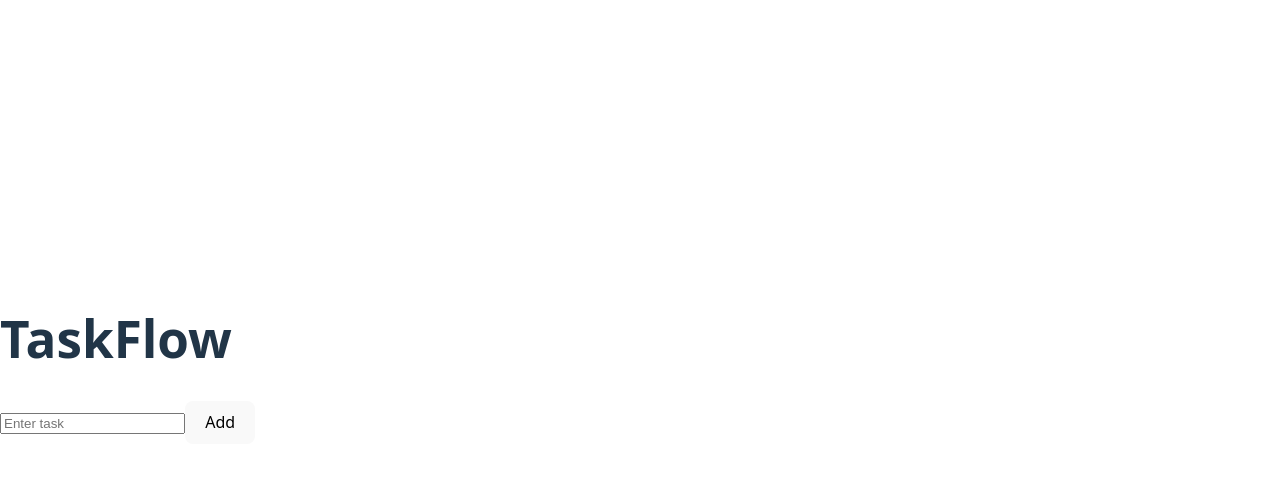
Repository: lissaintech/TaskFlow
Page: /
The author's editor kept a copy of each file at every save. The page is drawn from the files as they stood at one save, then again after the next save.
The browser window is 1280 px wide. The pictures show the whole page.
The project was rebuilt for these pictures with package versions that can differ from the ones it lists, and the page was loaded fresh each time. Also part of the build but not shown: vite.config.js.

Above is the page before, as saved 2026-02-11 15:31:44.

### index.html
<!doctype html>
<html lang="en">
  <head>
    <meta charset="UTF-8" />
    <link rel="icon" type="image/svg+xml" href="/vite.svg" />
    <meta name="viewport" content="width=device-width, initial-scale=1.0" />
    <title>taskflow</title>
  </head>
  <body>
    <div id="root"></div>
    <script type="module" src="/src/main.jsx"></script>
  </body>
</html>

### src/App.jsx
import { useEffect, useState } from 'react'

function App() {

  const [input, setInput] = useState("");

  const [tasks, setTasks] = useState([]);

  const addTask = () => {
    if(input.trim()=="") return;

    const newTask = {
      title : input,
      status : "Todo"
    }

    setTasks([...tasks, newTask])
    setInput("");
  };

  const deleteTask = (taskToDelete) => {
    const updatedTasks = tasks.filter(task => task!= taskToDelete)
    setTasks(updatedTasks);
  }

  const moveTask = (taskToMove, newStatus) => {
    const updatedTasks = tasks.map(task => {
      (task == taskToMove)? {...task, status:newStatus}
      : task
    })
    setTasks(updatedTasks);
  }

  useEffect(()=> {
    const saved = localStorage.getItem("tasks");

    if(saved){
      setTasks(JSON.parse(saved));
    }
  }, []);

  useEffect(() => {
    localStorage.setItem("tasks", JSON.stringify(tasks));
  }, [tasks]);

  return (
    <div>
      <h1>TaskFlow</h1>

      <input
        value={input}
        onChange={(e) => setInput(e.target.value)}
        placeholder="Enter task"
      />

      <button onClick={addTask}>Add</button>

      <div style={{display: "flex", gap: "40px"}}>

        {
          []
        }

      </div>
    </div>
  );
}

export default App;

Loaded but not shown: src/main.jsx (common file); src/index.css (common file)

After the next save:
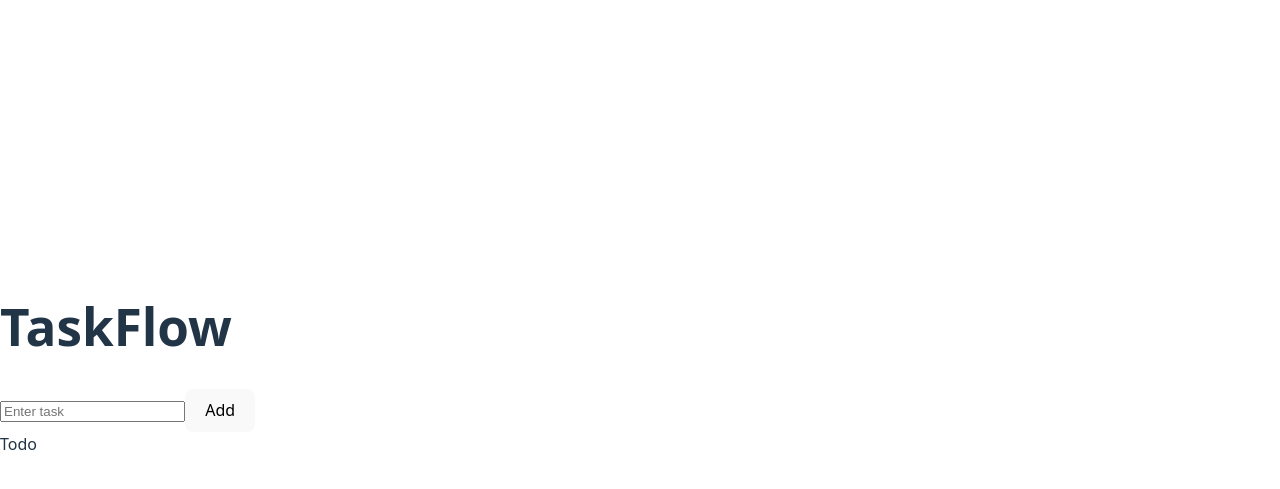
Saved 4 s later.
--- a/src/App.jsx
+++ b/src/App.jsx
@@ -58,7 +58,7 @@
       <div style={{display: "flex", gap: "40px"}}>
 
         {
-          []
+          ["Todo"]
         }
 
       </div>
